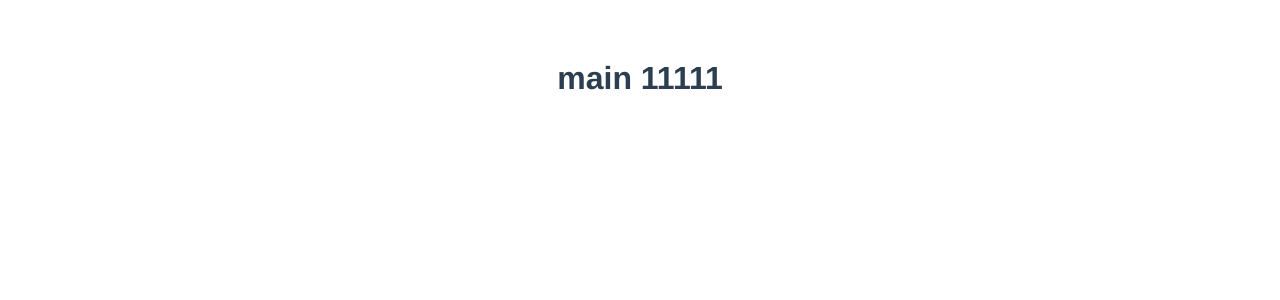
Repository: yuyiyong/study.vue
Page: /#/main
These files come from the project's save history. The page is drawn as it stood at one moment and after a run of saves; the edit follows.
The browser window is 1280 px wide. The pictures show the whole page.
The project was rebuilt for these pictures with package versions that can differ from the ones it lists, and the page was loaded fresh each time. Also part of the build but not shown: src/pages/Login/Login.vue.

Above is the page before, as saved 2021-03-09 16:22:15.

After the next 2 saves:
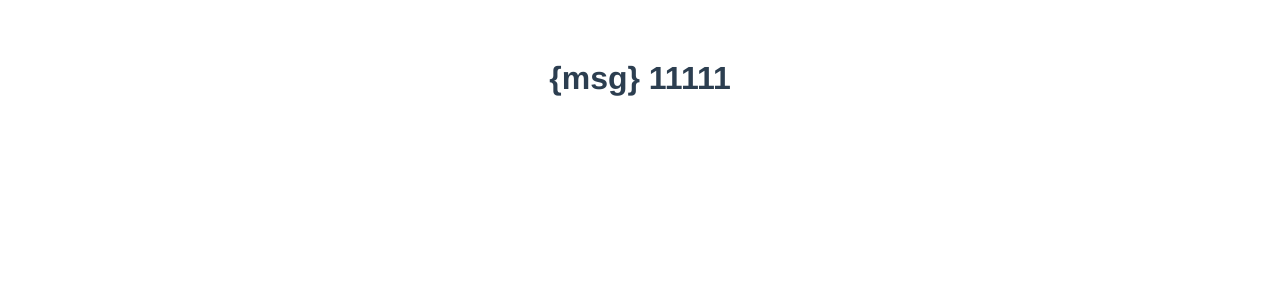
The 2 saves are shown as one change because they came seconds apart.
The last was saved 10 s later.
--- a/src/pages/Main/Main.vue
+++ b/src/pages/Main/Main.vue
@@ -5,7 +5,7 @@
 -->
 <template>
     <h1>
-        {{msg}}
+        {msg}
         11111
     </h1>
 </template>
